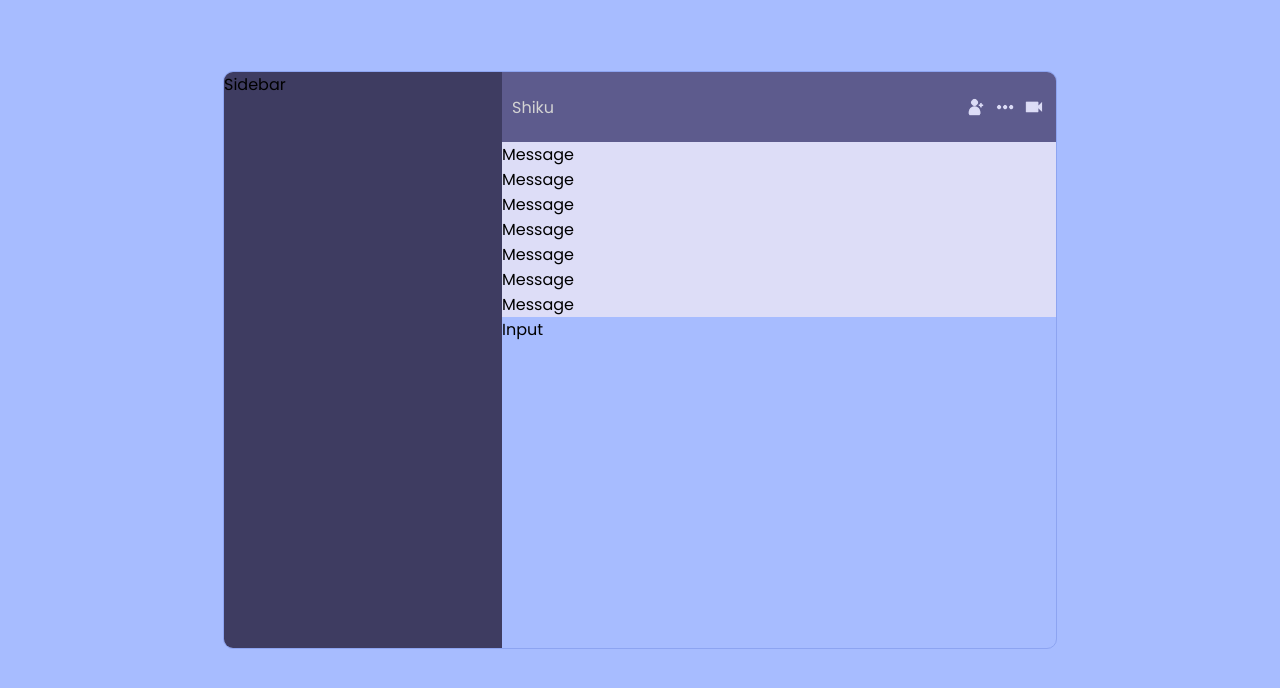
Repository: shikubro90/chatapp
Page: /
An editor plug-in stored every save of this project. The page is shown before and after the next save, followed by the edit.
The browser window is 1280 px wide. The pictures show the whole page.
The project was rebuilt for these pictures with package versions that can differ from the ones it lists, and the page was loaded fresh each time. Also part of the build but not shown: src/pages/Login.jsx, src/pages/Register.jsx.

Above is the page before, as saved 2022-09-14 15:27:30.

After the next save:
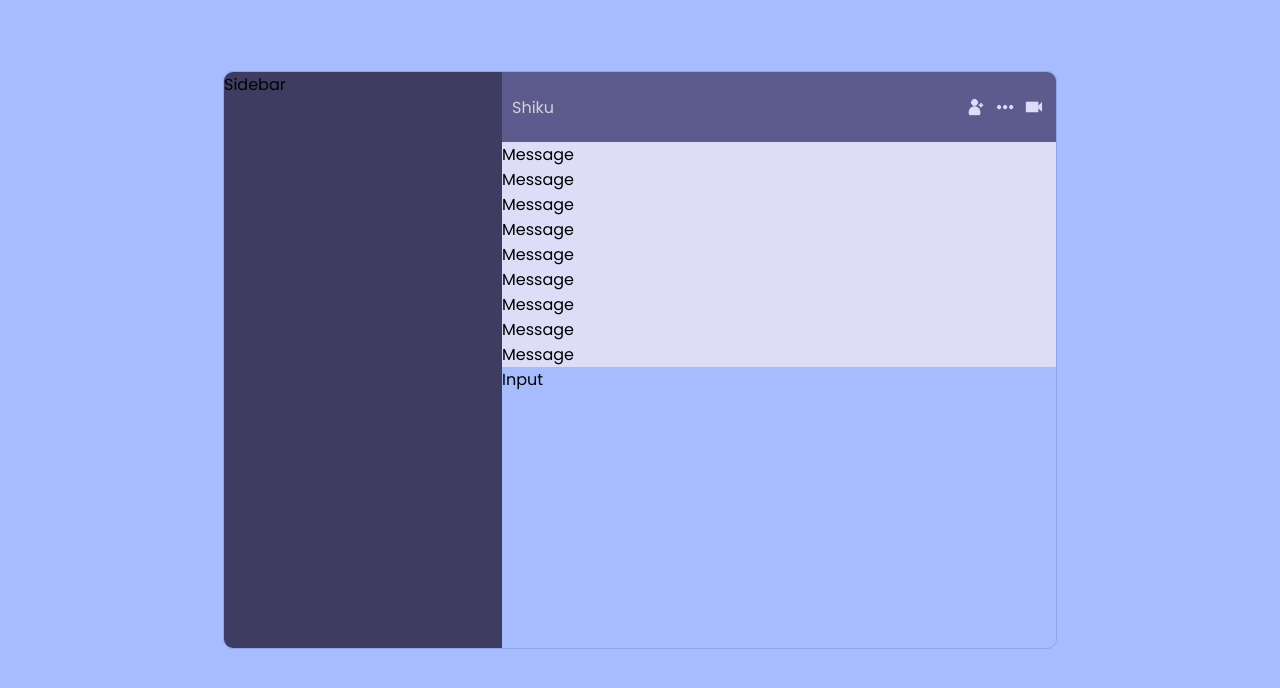
Saved 18 s later.
--- a/src/Components/Messages.jsx
+++ b/src/Components/Messages.jsx
@@ -11,6 +11,8 @@ const Messages = () => {
       <Message/>
       <Message/>
       <Message/>
+      <Message/>
+      <Message/>
     </div>
   )
 }
